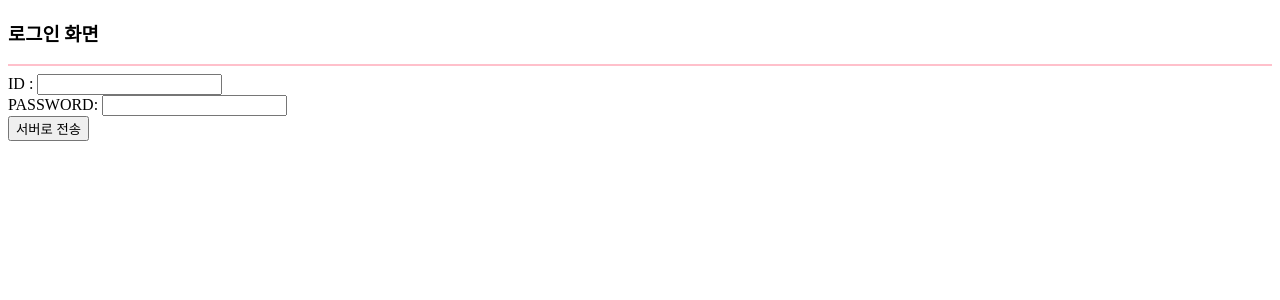
Repository: ujin2021/jsp_study
Page: jsp01/WebContent/login.html
The author's editor kept a copy of each file at every save. The page is drawn from the files as they stood at one save, then again after the next save.
The browser window is 1280 px wide. The pictures show the whole page.

Above is the page before, as saved 2020-01-11 10:07:32.

### jsp01/WebContent/login.html
<!DOCTYPE html>
<html>
<head>
<meta charset="EUC-KR">
<title>Insert title here</title>
</head>
<body>
<h3>로그인 화면</h3>
<hr color="pink">
<!-- form 안에 있는거 다 보내준다 -->
<form action="check.jsp">
	ID : <input type="text" name="id"><br>
	PASSWORD: <input type="text" name="pw"><br>
	<input type="submit" value="서버로 전송">
</form>
</body>
</html>

After the next save:
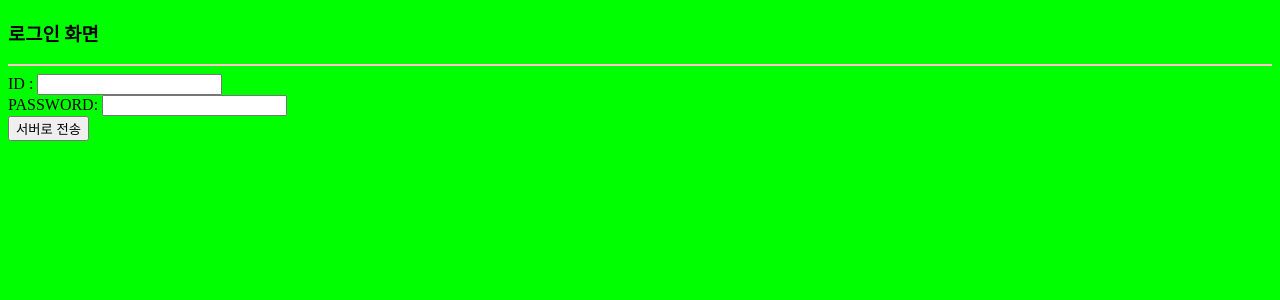
Saved 6 min 21 s later.
--- a/jsp01/WebContent/login.html
+++ b/jsp01/WebContent/login.html
@@ -4,7 +4,7 @@
 <meta charset="EUC-KR">
 <title>Insert title here</title>
 </head>
-<body>
+<body bgcolor="lime">
 <h3>로그인 화면</h3>
 <hr color="pink">
 <!-- form 안에 있는거 다 보내준다 -->
